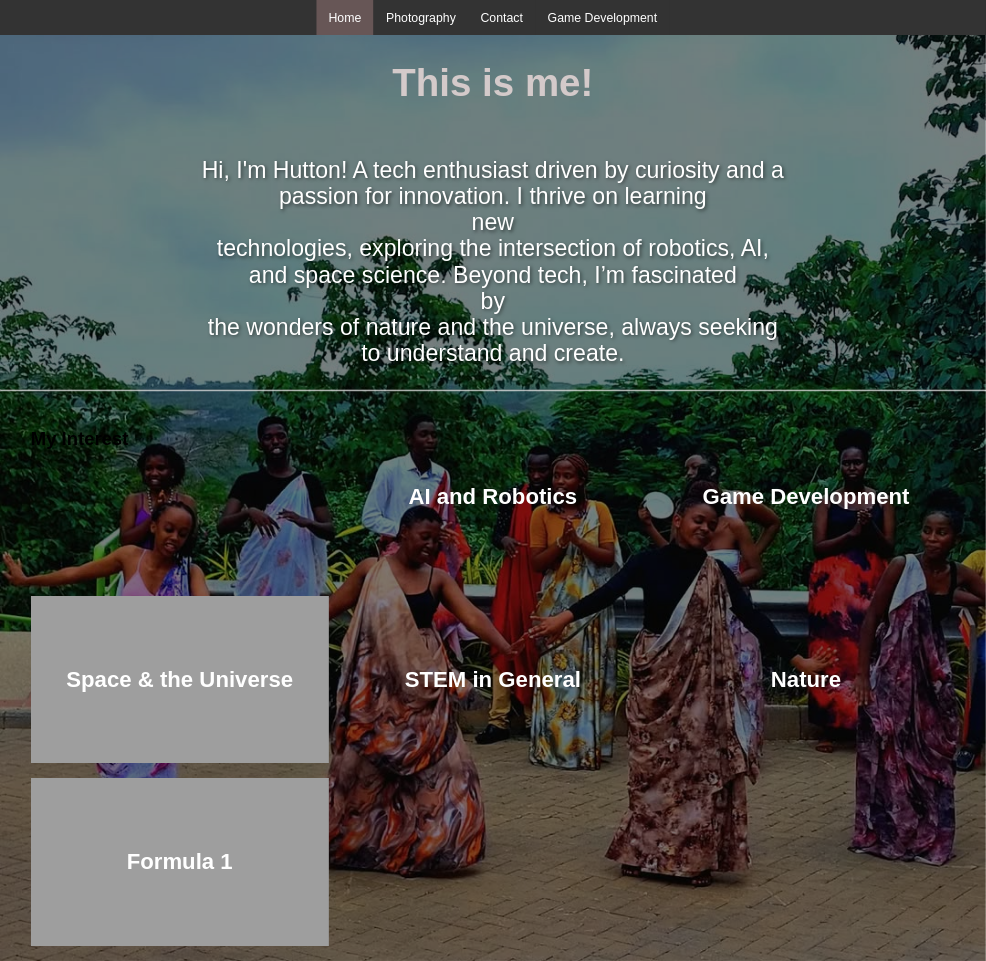
Repository: Argivist/ArgPortfolio
Page: index.html
The author's editor kept a copy of each file at every save. The page is drawn from the files as they stood at one save, then again after the next save.
The browser window is 1280 px wide. The pictures show the whole page, at 77% of full size.
Pictures or frames that could not be fetched are drawn as grey boxes. Backgrounds fixed to the window are drawn as part of the page.

Above is the page before, as saved 2025-03-28 20:16:57.

After the next save:
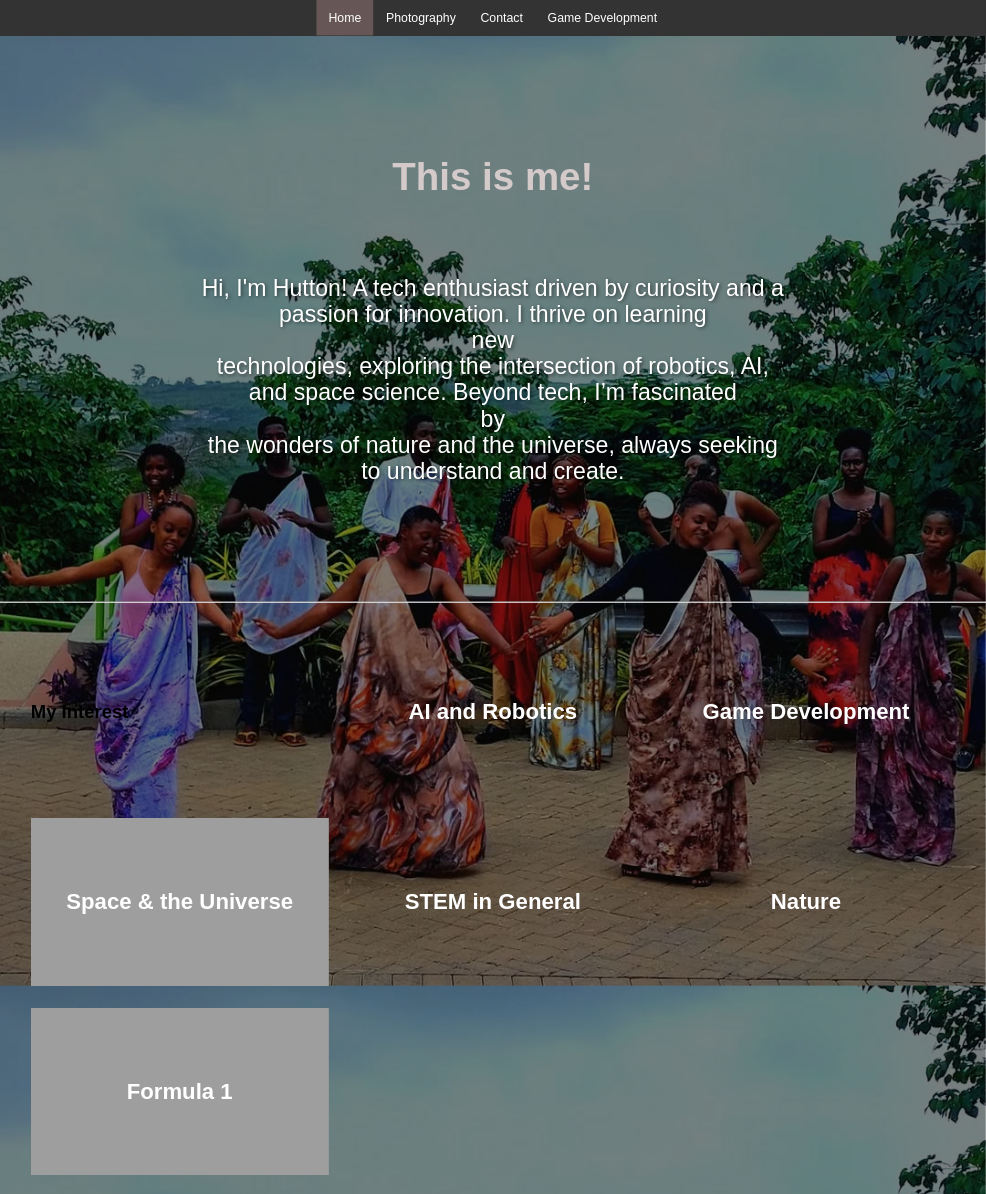
Saved 39 s later.
--- a/css/home.css
+++ b/css/home.css
@@ -54,6 +54,14 @@ body {
     --interest-text-color: #333;
 }
 
+
+.section{
+    display: flex;
+    flex-direction: column;
+    justify-content: center;
+    align-items: center;
+    height: 100vh;
+}
 /* Container for all interests */
 .interests {
     display: grid;
@@ -78,12 +86,10 @@ body {
 .f1 {
     background-image: url('https://corp.formula1.com/wp-content/uploads/2023/02/GettyImages-1240545798-scaled.jpg');
 }
-.f1 h3{
-    /* font-size: 30px; */
-}
 .space{
     background-image: url('https://scalar.chapman.edu/scalar/interior-space---a-visual-exploration-of-the-international-space-station-photographs-by-paolo-nespo/media/Endeavour%20dock%20ISS%20symmetric.jpg');
 }
+
 /* https://scalar.chapman.edu/scalar/interior-space---a-visual-exploration-of-the-international-space-station-photographs-by-paolo-nespo/media/Endeavour%20dock%20ISS%20symmetric.jpg */
 
 /* Description container */
